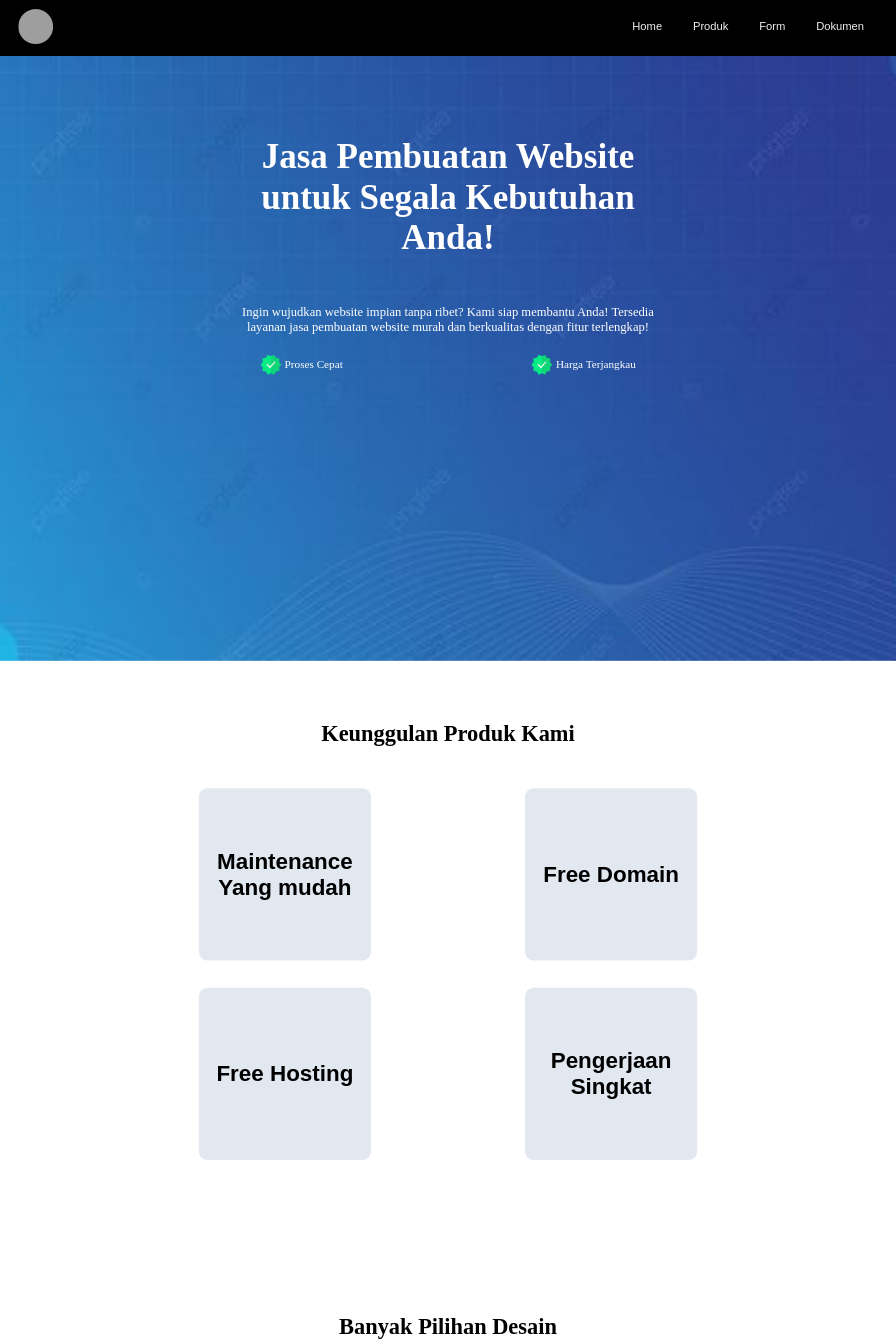
Repository: zecht12/TimModul
Page: TimModul.html
These files come from the project's save history. The page is drawn as it stood at one moment and after the next save; the edit follows.
The browser window is 1280 px wide. The pictures show the part of the page from y = 0 to 1920 px (the page is 3920 px tall), at 70% of full size.
Pictures or frames that could not be fetched are drawn as grey boxes.

Above is the page before, as saved 2023-04-25 19:33:12.

After the next save:
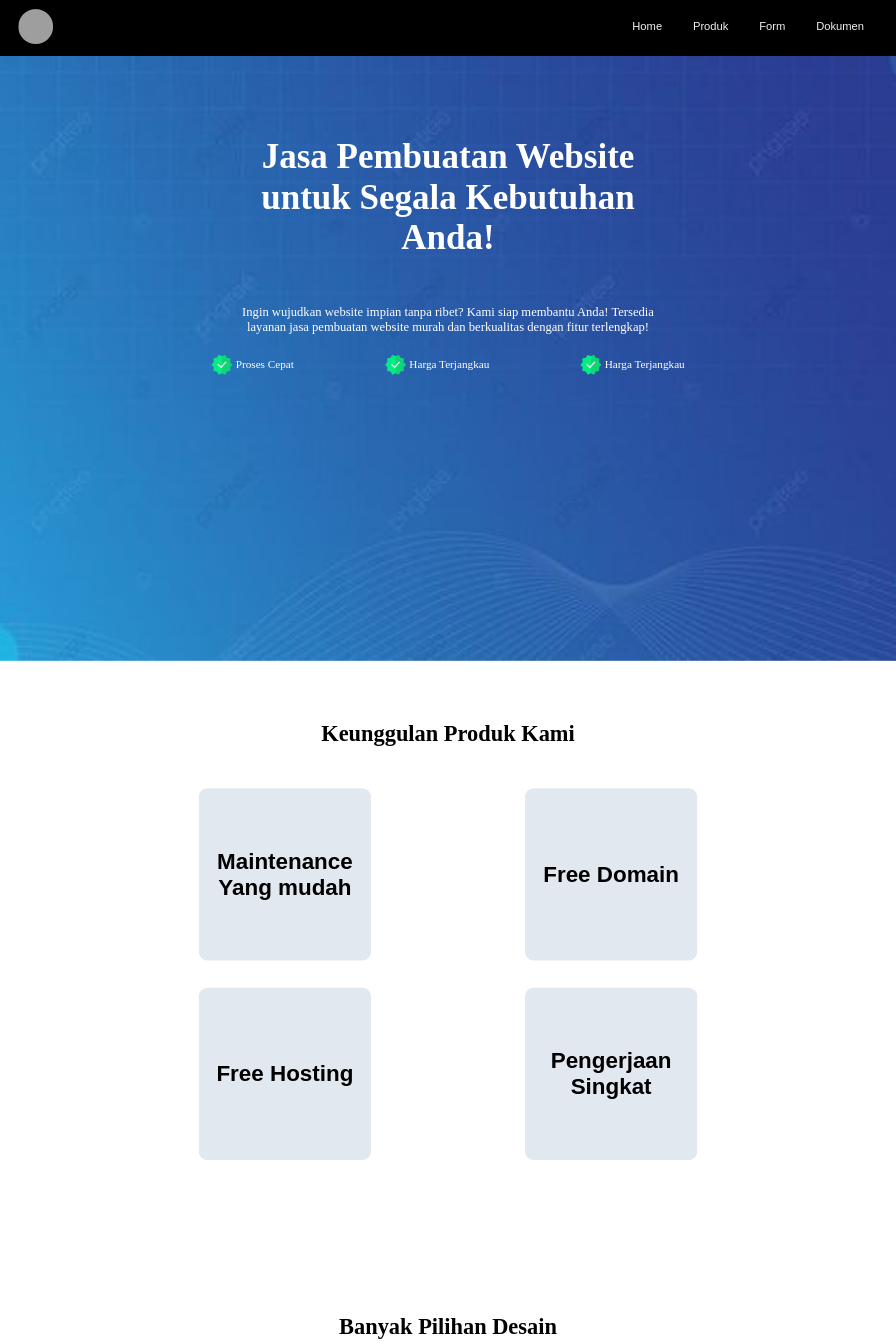
Saved 6 s later.
--- a/TimModul.html
+++ b/TimModul.html
@@ -36,6 +36,10 @@
                     <div style=" display: flex; justify-content: center; align-items: center; gap: 5px; margin: auto;">
                         <img src="./assets/check.png" alt="check" width="30px" height="30px">
                         <p style="text-align: center; color: white; font-size: medium; width: 80%; ">Proses Cepat</p>
+                    </div>
+                    <div style=" display: flex; justify-content: center; align-items: center; gap: 5px; margin: auto;">
+                        <img src="./assets/check.png" alt="check" width="30px" height="30px">
+                        <p style="text-align: center; color: white; font-size: medium; width: 80%; ">Harga Terjangkau</p>
                     </div>
                     <div style=" display: flex; justify-content: center; align-items: center; gap: 5px; margin: auto;">
                         <img src="./assets/check.png" alt="check" width="30px" height="30px">
